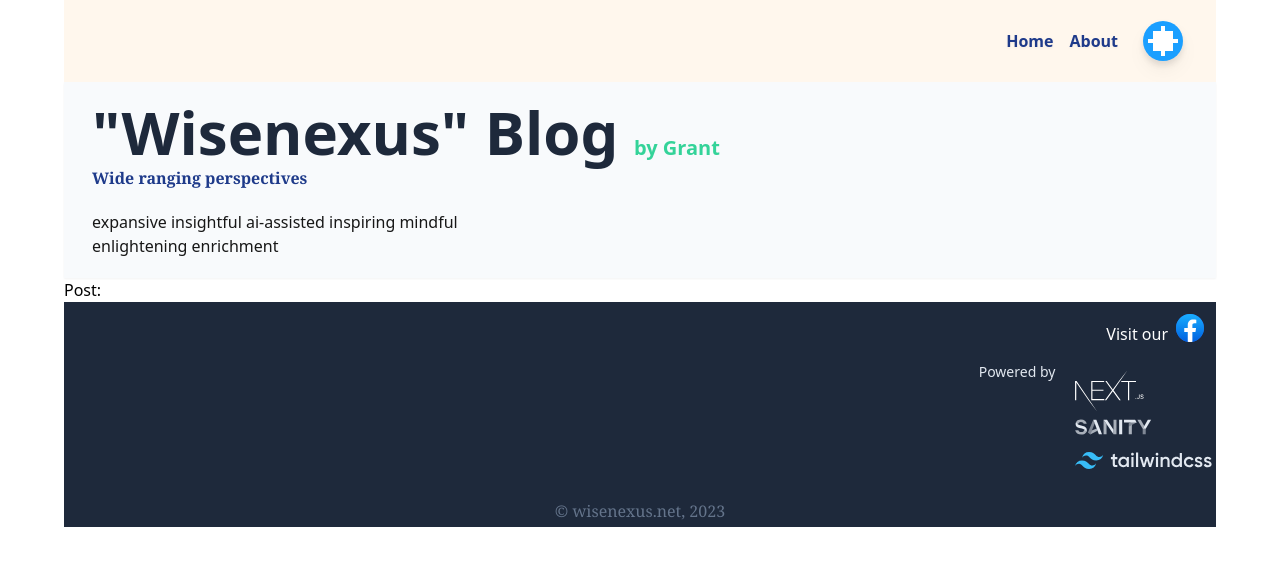
Repository: gpgundersen/sanity3-nextjs13-blog
Page: /post
These files come from the project's save history. The page is drawn as it stood at one moment and after the next save; the edit follows.
The browser window is 1280 px wide. The pictures show the whole page.
The project was rebuilt for these pictures with package versions that can differ from the ones it lists, and the page was loaded fresh each time. The framework's server and built-in components were replaced by stand-ins that run in the browser. Also part of the build but not shown: next.config.js.

Above is the page before, as saved 2023-02-05 20:40:28.

### app/(user)/layout.tsx
import Header from "../../components/Header"
import Banner from "../../components/Banner"
import Footer from "../../components/Footer"
import "../../styles/globals.css";

export default function RootLayout({
  children,
}: {
  children: React.ReactNode
}): JSX.Element {
  return (
    <html>
      <head />
      <body className="max-w-6xl mx-auto">
        <Header />
        <Banner />
        {children}
        <Footer />
        </body>
    </html>
  )
}

### app/(user)/post/page.tsx
import { client } from "../../../lib/sanity.client"

type Props = {
    params: {
        slug: string;
    };
};

function Post({params:
    { slug } }: Props) {
        return <div>Post: {slug}</div>;
    }


export default Post;

### components/Header.tsx
import NexusLogo from "./NexusLogo"
import Link from "next/link"

function Header() {
    return (
        <header className="flex items-center justify-end space-x-1 font-bold px-7 py-4 bg-orange-50">
            <div className="flex items-center justify-end space-x-4 mx-4 text-blue-900 drop-shadow-sm">
            <div className="hover:text-blue-500"><Link href="/">Home</Link></div>
            <div className="hover:text-blue-500"><Link href="/about/wise-phil">About</Link></div>
            </div>
            <div className="drop-shadow-lg">
               <NexusLogo />
            </div>
        </header>
    )
}

export default Header

### components/Banner.tsx
function Banner() {
    return <div className="flex items-center justify-between space-x-1 font-bold px-7 py-5 bg-slate-50 shadow-sm">
        <div >
            <h1 className="text-6xl text-slate-800">"Wisenexus" Blog <span className=" text-xl text-emerald-400">by Grant</span></h1>
            <h2 className="mt-4 md:mt-1 text-blue-900 font-serif">Wide ranging perspectives</h2>

        <p className="mt-5 max-w-sm text-neutral-900 font-thin">expansive insightful ai-assisted inspiring mindful enlightening enrichment</p>
        </div></div>

}

export default Banner

### components/Footer.tsx
import FbIcon from "./FbIcon"
import NextJsIcon from "./NextJsIcon"
import SanityIcon from "./SanityIcon"
import TailwindIcon from "./TailwindIcon"

function Footer() {
    return <div className="bg-slate-800 text-slate-200">
      <div className="container flex flex-col p-1">
        <div className="flex justify-end p-2 mr-7ver">
            <p className="text-white m-2 font-light">Visit our</p><FbIcon />
        </div>
        <div className="flex flex-wrap justify-end space-x-5 space-y-2">
          <p className="text-sm">Powered by</p>
          <ul>
            <li><NextJsIcon /></li>
            <li><SanityIcon /></li>
            <li className="mt-2.5"><TailwindIcon /></li>
          </ul>
          </div>
       <h6 className="font-serif text-slate-500 text-center mt-6">© wisenexus.net, 2023</h6>
      </div>
    </div>
}

export default Footer

### components/NexusLogo.tsx
function NexusLogo(props: any) {
    const {renderDefault, title} = props;
    return <div className="flex items-center space-x-2">
        <svg width="50" height="50" viewBox="0 0 50 50">
            <circle cx="25" cy="25" r="20" fill="#1B9FFF"/>
            <rect x="15" y="15" width="20" height="20" fill="white"/>
            <path d="M 25 10 L 25 40" stroke="white" strokeWidth="4"/>
            <path d="M 10 25 L 40 25" stroke="white" strokeWidth="4"/>
        </svg>
        {renderDefault && <>{renderDefault(props)}</>}
    </div>;
}

export default NexusLogo

### components/FbIcon.tsx
function FbIcon() {
    return <button className="bg-blue-600 rounded-full w-7 h-full">
      <a target="_blank" href="https://www.facebook.com/wise.nexus" rel="noopener noreferrer">
        <svg className="fill-white" xmlns="http://www.w3.org/2000/svg" viewBox="0 0 40 40">
          <linearGradient xmlns="http://www.w3.org/2000/svg" id="a" x1="-277.375" x2="-277.375" y1="406.6018" y2="407.5726" gradientTransform="matrix(40 0 0 -39.7778 11115.001 16212.334)" gradientUnits="userSpaceOnUse">
            <stop offset="0" stopColor="#0062e0"/>
            <stop offset="1" stopColor="#19afff"/>
          </linearGradient>
            <path xmlns="http://www.w3.org/2000/svg" fill="url(#a)" d="M16.7 39.8C7.2 38.1 0 29.9 0 20 0 9 9 0 20 0s20 9 20 20c0 9.9-7.2 18.1-16.7 19.8l-1.1-.9h-4.4l-1.1.9z"/>
            <path xmlns="http://www.w3.org/2000/svg" fill="#fff" d="m27.8 25.6.9-5.6h-5.3v-3.9c0-1.6.6-2.8 3-2.8H29V8.2c-1.4-.2-3-.4-4.4-.4-4.6 0-7.8 2.8-7.8 7.8V20h-5v5.6h5v14.1c1.1.2 2.2.3 3.3.3 1.1 0 2.2-.1 3.3-.3V25.6h4.4z"/>
        </svg>
      </a>
    </button>
}

export default FbIcon

### components/NextJsIcon.tsx
function NextJsIcon() {
    return <button className="">
        <a target="_blank" href="https://nextjs.org/" rel="noopener noreferrer">
            <svg xmlns="http://www.w3.org/2000/svg" width="68.7px" height="41.35px" viewBox="0 0 207 124" fill="white">
            <path d="M48.9421964,32.6320058 L87.9011585,32.6320058 L87.9011585,35.7136421 L52.5134345,35.7136421 L52.5134345,58.9070103 L85.7908813,58.9070103 L85.7908813,61.9886466 L52.5134345,61.9886466 L52.5134345,87.4526941 L88.306981,87.4526941 L88.306981,90.5343303 L48.9421964,90.5343303 L48.9421964,32.6320058 Z M91.3912326,32.6320058 L95.5306221,32.6320058 L113.8738,58.0960534 L132.622801,32.6320058 L158.124498,0.286809811 L116.22757,60.7722112 L137.817329,90.5343303 L133.51561,90.5343303 L113.8738,63.4483691 L94.1508254,90.5343303 L89.9302715,90.5343303 L111.682358,60.7722112 L91.3912326,32.6320058 Z M139.359455,35.713642 L139.359455,32.6320058 L183.756439,32.6320058 L183.756439,35.7136421 L163.302983,35.7136421 L163.302983,90.5343303 L159.731745,90.5343303 L159.731745,35.7136421 L139.359455,35.713642 Z"/>
            <polygon points="0.202923647 32.6320058 4.66697141 32.6320058 66.2235778 124.303087 40.785176 90.5343303 3.93649086 37.0111732 3.77416185 90.5343303 0.202923647 90.5343303"/>
            <path d="M183.396622,86.5227221 C184.134938,86.5227221 184.673474,85.9601075 184.673474,85.233037 C184.673474,84.5059658 184.134938,83.9433513 183.396622,83.9433513 C182.666993,83.9433513 182.11977,84.5059658 182.11977,85.233037 C182.11977,85.9601075 182.666993,86.5227221 183.396622,86.5227221 Z M186.905793,83.1297235 C186.905793,85.2763149 188.460599,86.678523 190.727662,86.678523 C193.142388,86.678523 194.601647,85.233037 194.601647,82.7229099 L194.601647,73.8855335 L192.655968,73.8855335 L192.655968,82.7142542 C192.655968,84.1078073 191.952397,84.8521899 190.710289,84.8521899 C189.598473,84.8521899 188.842785,84.1597409 188.816727,83.1297235 L186.905793,83.1297235 Z M197.146664,83.0172011 C197.285642,85.2503478 199.153145,86.678523 201.932686,86.678523 C204.903321,86.678523 206.762139,85.1811034 206.762139,82.792155 C206.762139,80.9138876 205.702439,79.8752151 203.131364,79.2779777 L201.750279,78.9404092 C200.117298,78.5595622 199.457158,78.0488813 199.457158,77.1573541 C199.457158,76.0321243 200.482113,75.296398 202.019547,75.296398 C203.478806,75.296398 204.48639,76.0148135 204.668797,77.1660091 L206.562359,77.1660091 C206.44944,75.0626962 204.590622,73.5825873 202.045605,73.5825873 C199.309495,73.5825873 197.48542,75.0626962 197.48542,77.2871878 C197.48542,79.1221767 198.519063,80.2127835 200.786126,80.7407758 L202.401734,81.1302779 C204.060773,81.5197807 204.790402,82.091051 204.790402,83.0431676 C204.790402,84.1510859 203.643842,84.9560573 202.08035,84.9560573 C200.403939,84.9560573 199.240006,84.2030196 199.074971,83.0172011 L197.146664,83.0172011 Z"/>
            </svg>
        </a>
    </button>
}

export default NextJsIcon

### components/SanityIcon.tsx
function SanityIcon () {
    return <button className="">
        <a target="_blank" href="https://www.sanity.io/" rel="noopener noreferrer">
        <svg viewBox="0 0 105 22" fill="none" xmlns="http://www.w3.org/2000/svg" height="1em">
            <path opacity="0.7" d="M78.1793 7.99261V21.0028H73.9031V10.2138L78.1793 7.99261Z" fill="currentColor"></path>
            <path opacity="0.7" d="M20.9511 21.33L30.944 16.1051L29.7121 12.9141L23.1332 15.9821L20.9511 21.33Z" fill="currentColor"></path>
            <path opacity="0.5" d="M73.9031 10.2027L84.7443 4.65477L82.9126 1.5571L73.9031 5.95997V10.2027Z" fill="currentColor"></path>
            <path opacity="0.7" d="M43.3705 6.96233V21.0028H39.2927V1.00714L43.3705 6.96233Z" fill="currentColor"></path>
            <path opacity="0.5" d="M27.1299 6.18617L20.9511 21.33L17.7731 18.5943L25.1353 1.00714L27.1299 6.18617Z" fill="currentColor"></path>
            <path d="M25.1353 1.00714H29.3477L37.1386 21.0028H32.8269L25.1353 1.00714Z" fill="currentColor"></path>
            <path d="M44.0012 1.00714L52.9824 14.6682V21.0028L39.2927 1.00714H44.0012Z" fill="currentColor"></path>
            <path d="M64.9183 1.00714H60.6739V21.0063H64.9183V1.00714Z" fill="currentColor"></path>
            <path d="M73.9031 4.65474H67.37V1.00714H82.5867L84.7443 4.65474H78.1793H73.9031Z" fill="currentColor"></path>
            <path opacity="0.5" d="M97.2754 13.4153V21.0028H93.0629V13.4153" fill="currentColor"></path>
            <path d="M93.0629 13.4152L100.191 1.00714H104.666L97.2754 13.4152H93.0629Z" fill="currentColor"></path>
            <path opacity="0.7" d="M93.063 13.4152L85.7363 1.00714H90.3456L95.3092 9.51008L93.063 13.4152Z" fill="currentColor"></path>
            <path d="M1.96126 3.31479C1.96126 6.09921 3.71145 7.75595 7.21536 8.62956L10.9283 9.47533C14.2444 10.2236 16.2639 12.0822 16.2639 15.1103C16.2897 16.4295 15.8531 17.7173 15.0274 18.7579C15.0274 15.7368 13.4367 14.1044 9.59972 13.1229L5.95409 12.3085C3.03475 11.6541 0.781478 10.1262 0.781478 6.83709C0.766123 5.56693 1.18116 4.32781 1.96126 3.31479" fill="currentColor"></path>
            <path opacity="0.7" d="M52.9824 13.6415V1.00714H57.0602V21.0028H52.9824V13.6415Z" fill="currentColor"></path>
            <path opacity="0.7" d="M12.7458 14.3689C14.3294 15.3643 15.0238 16.7565 15.0238 18.7544C13.713 20.4041 11.4101 21.33 8.70333 21.33C4.14718 21.33 0.958577 19.1268 0.25 15.2982H4.62547C5.18878 17.0559 6.68034 17.8703 8.67144 17.8703C11.1019 17.8703 12.7174 16.5964 12.7493 14.3619" fill="currentColor"></path>
            <path opacity="0.7" d="M4.23567 7.44267C3.5125 7.02045 2.9192 6.41375 2.51873 5.68697C2.11827 4.96019 1.92558 4.14045 1.96113 3.31476C3.22594 1.67891 5.42608 0.679993 8.10804 0.679993C12.7492 0.679993 15.4347 3.08852 16.0972 6.47856H11.8883C11.4242 5.14203 10.2621 4.10136 8.14347 4.10136C5.87957 4.10136 4.33487 5.39611 4.24629 7.44267" fill="currentColor"></path>
        </svg>
        </a>
    </button>
}

export default SanityIcon

### components/TailwindIcon.tsx
function TailwindIcon() {
    return <button className="">
        <a target="_blank" href="https://tailwindcss.com/" rel="noopener noreferrer">
            <svg xmlns="http://www.w3.org/2000/svg" width="136.6.8" height="17.08" viewBox="0 0 512 64">
                <path d="M52.898 0C38.792 0 29.976 7.053 26.45 21.16c5.29-7.054 11.462-9.699 18.515-7.935 4.024 1.005 6.9 3.926 10.084 7.157 5.186 5.264 11.189 11.357 24.3 11.357 14.106 0 22.922-7.053 26.449-21.16-5.29 7.054-11.462 9.699-18.515 7.935-4.024-1.005-6.9-3.926-10.084-7.157C72.012 6.093 66.01 0 52.898 0zM26.45 31.739c-14.106 0-22.922 7.053-26.449 21.16 5.29-7.054 11.461-9.699 18.514-7.935 4.025 1.007 6.9 3.926 10.084 7.157 5.186 5.264 11.19 11.357 24.3 11.357 14.107 0 22.923-7.053 26.45-21.16-5.29 7.054-11.462 9.699-18.515 7.935-4.024-1.005-6.9-3.926-10.084-7.156-5.186-5.265-11.189-11.358-24.3-11.358z" fill="#38bdf8"/>
                <path d="M158.687 26.747h-9.231v17.868c0 4.765 3.126 4.69 9.231 4.392v7.222c-12.358 1.489-17.272-1.936-17.272-11.614V26.747h-6.85v-7.743h6.85v-10l8.04-2.382v12.382h9.232zm35.192-7.743h8.04V56.23h-8.04v-5.36c-2.83 3.945-7.222 6.328-13.03 6.328-10.124 0-18.537-8.562-18.537-19.58 0-11.093 8.413-19.58 18.538-19.58 5.807 0 10.2 2.382 13.029 6.253zM182.115 49.53c6.7 0 11.764-4.989 11.764-11.912s-5.063-11.912-11.764-11.912-11.763 4.988-11.763 11.912 5.063 11.912 11.763 11.912zm33.205-36.11c-2.83 0-5.137-2.383-5.137-5.138a5.147 5.147 0 0 1 5.137-5.137 5.147 5.147 0 0 1 5.137 5.137c0 2.755-2.308 5.138-5.137 5.138zm-4.02 42.808V19.004h8.04V56.23zm17.346 0V1.881h8.041v54.348zm60.23-37.225h8.487L285.675 56.23h-7.892l-7.743-25.09-7.817 25.09h-7.891l-11.689-37.225h8.487l7.222 25.685 7.817-25.685h7.668l7.743 25.685zm18.464-5.583c-2.83 0-5.137-2.383-5.137-5.138a5.147 5.147 0 0 1 5.137-5.137 5.147 5.147 0 0 1 5.137 5.137c0 2.755-2.308 5.138-5.137 5.138zm-4.02 42.808V19.004h8.04V56.23zm36.926-38.193c8.339 0 14.295 5.659 14.295 15.337v22.856h-8.04V34.192c0-5.658-3.277-8.636-8.34-8.636-5.285 0-9.454 3.127-9.454 10.72V56.23h-8.04V19.004h8.04v4.765c2.457-3.871 6.477-5.733 11.54-5.733zM392.66 4.114h8.04V56.23h-8.04v-5.36c-2.83 3.945-7.222 6.328-13.029 6.328-10.125 0-18.538-8.562-18.538-19.58 0-11.093 8.413-19.58 18.538-19.58 5.807 0 10.2 2.382 13.029 6.253zM380.896 49.53c6.7 0 11.763-4.989 11.763-11.912s-5.063-11.912-11.763-11.912-11.763 4.988-11.763 11.912 5.062 11.912 11.763 11.912zm46.754 7.668c-11.242 0-19.654-8.562-19.654-19.58 0-11.093 8.412-19.58 19.654-19.58 7.296 0 13.625 3.796 16.603 9.603l-6.924 4.02c-1.638-3.498-5.286-5.732-9.753-5.732-6.552 0-11.54 4.988-11.54 11.689s4.988 11.688 11.54 11.688c4.467 0 8.115-2.308 9.902-5.732l6.923 3.945c-3.126 5.882-9.455 9.679-16.75 9.679zm30.003-27.919c0 6.775 20.027 2.68 20.027 16.454 0 7.445-6.477 11.465-14.517 11.465-7.445 0-12.806-3.35-15.188-8.71l6.924-4.021c1.191 3.35 4.169 5.36 8.264 5.36 3.573 0 6.328-1.19 6.328-4.169 0-6.626-20.027-2.903-20.027-16.23 0-6.998 6.03-11.39 13.624-11.39 6.105 0 11.168 2.828 13.773 7.742l-6.774 3.797c-1.34-2.903-3.946-4.244-6.999-4.244-2.903 0-5.435 1.266-5.435 3.946zm34.322 0c0 6.775 20.027 2.68 20.027 16.454 0 7.445-6.477 11.465-14.518 11.465-7.445 0-12.805-3.35-15.188-8.71l6.924-4.021c1.191 3.35 4.17 5.36 8.264 5.36 3.574 0 6.328-1.19 6.328-4.169 0-6.626-20.027-2.903-20.027-16.23 0-6.998 6.03-11.39 13.625-11.39 6.104 0 11.167 2.828 13.773 7.742l-6.775 3.797c-1.34-2.903-3.946-4.244-6.998-4.244-2.904 0-5.435 1.266-5.435 3.946z" fill="currentColor"/>
            </svg>
        </a>
    </button>
}

export default TailwindIcon

Loaded but not shown: styles/globals.css (common file); tailwind.config.js (common file)

After the next save:
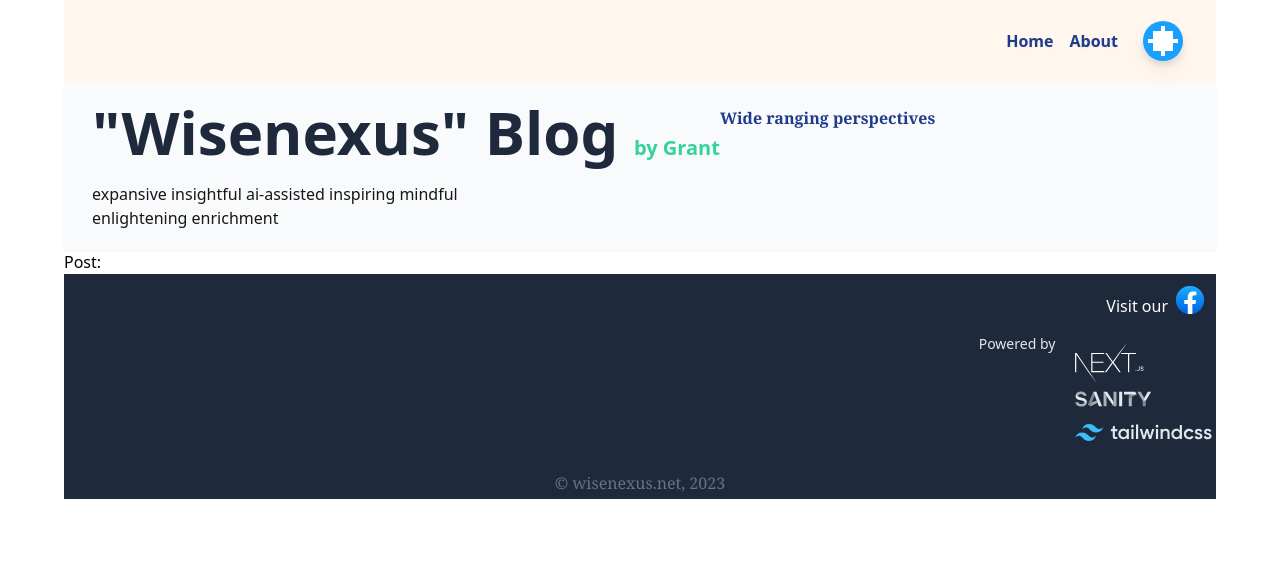
Saved 69 s later.
--- a/components/Banner.tsx
+++ b/components/Banner.tsx
@@ -1,11 +1,11 @@
 function Banner() {
     return <div className="flex items-center justify-between space-x-1 font-bold px-7 py-5 bg-slate-50 shadow-sm">
-        <div >
+        <div className="flex flex-wrap">
             <h1 className="text-6xl text-slate-800">"Wisenexus" Blog <span className=" text-xl text-emerald-400">by Grant</span></h1>
             <h2 className="mt-4 md:mt-1 text-blue-900 font-serif">Wide ranging perspectives</h2>
-
-        <p className="mt-5 max-w-sm text-neutral-900 font-thin">expansive insightful ai-assisted inspiring mindful enlightening enrichment</p>
-        </div></div>
+            <p className="mt-5 max-w-sm text-neutral-900 font-thin">expansive insightful ai-assisted inspiring mindful enlightening enrichment</p>
+        </div>
+        </div>
 
 }
 
